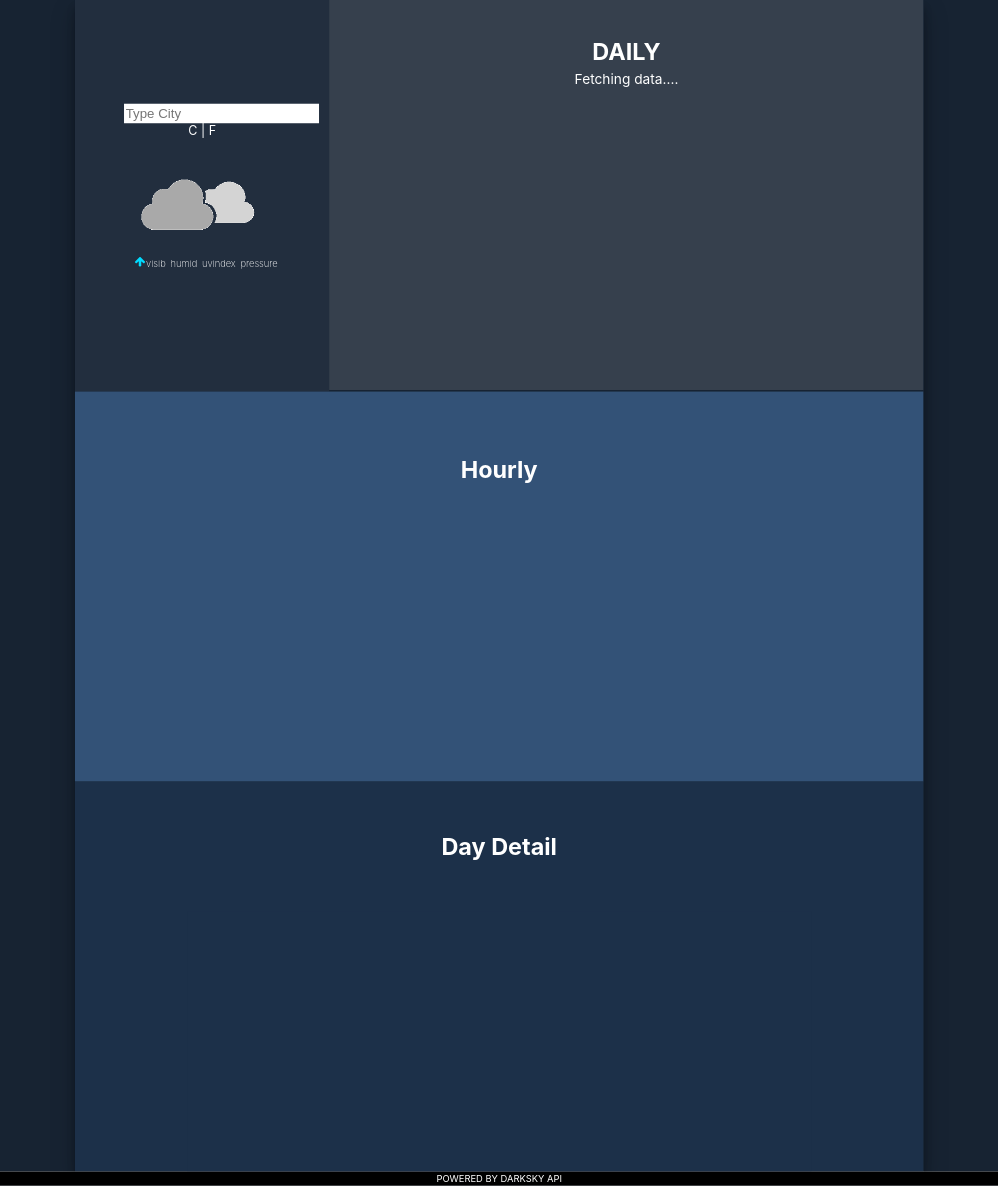
Repository: DOODpls/assignment3_weather
Page: index.html
These files come from the project's save history. The page is drawn as it stood at one moment and after the next save; the edit follows.
The browser window is 1280 px wide. The pictures show the whole page, at 78% of full size.
Some web fonts or font styles are not loaded; a fallback is used. Some web libraries are served in a nearby version.

Above is the page before, as saved 2020-01-07 19:22:24.

After the next save:
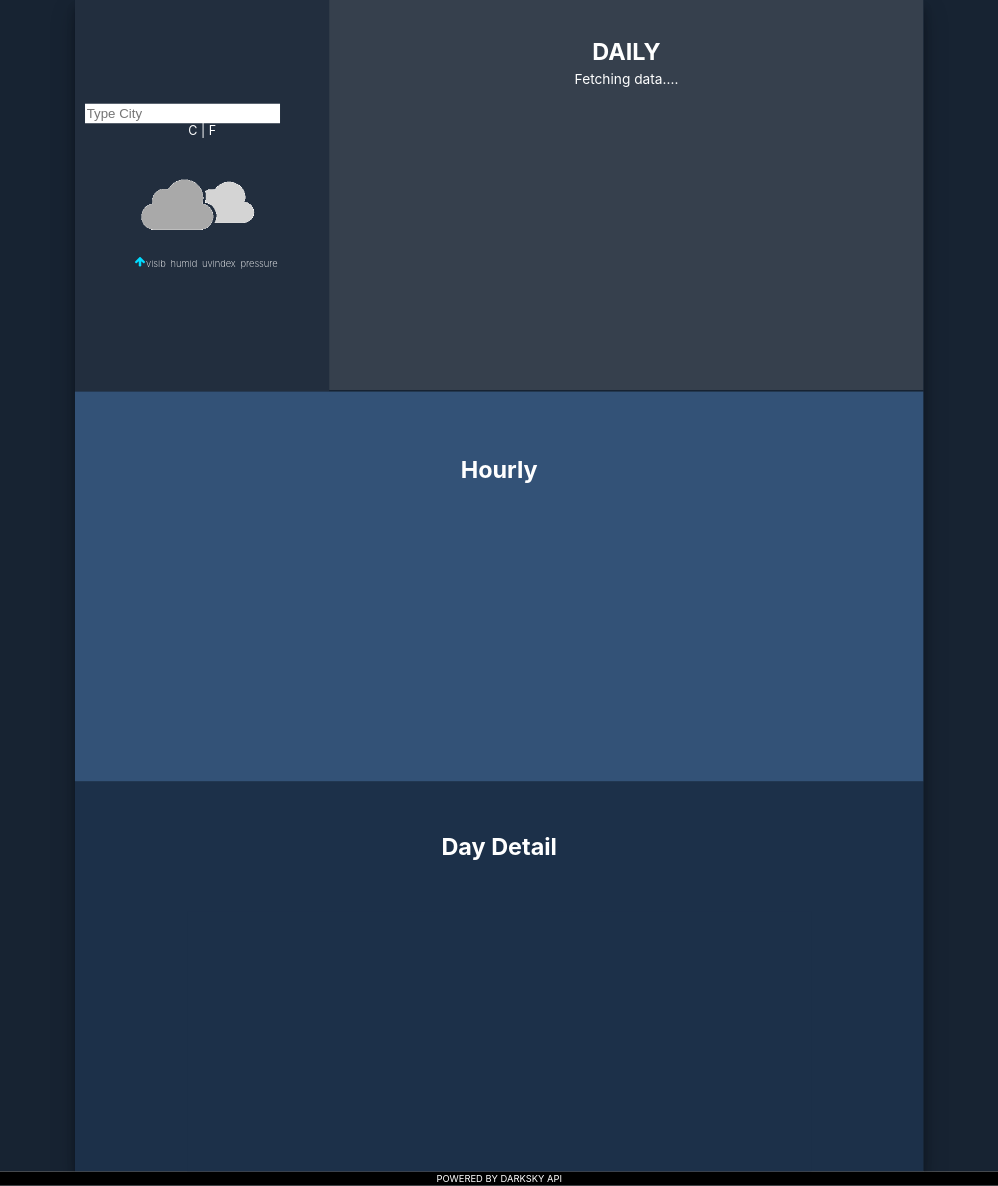
Saved 7 s later.
--- a/styles.css
+++ b/styles.css
@@ -144,6 +144,7 @@
   border: none;
   box-sizing: border-box;
   position: absolute;
+  right: 0;
   top: -22px;
 }
 .sub-info{
